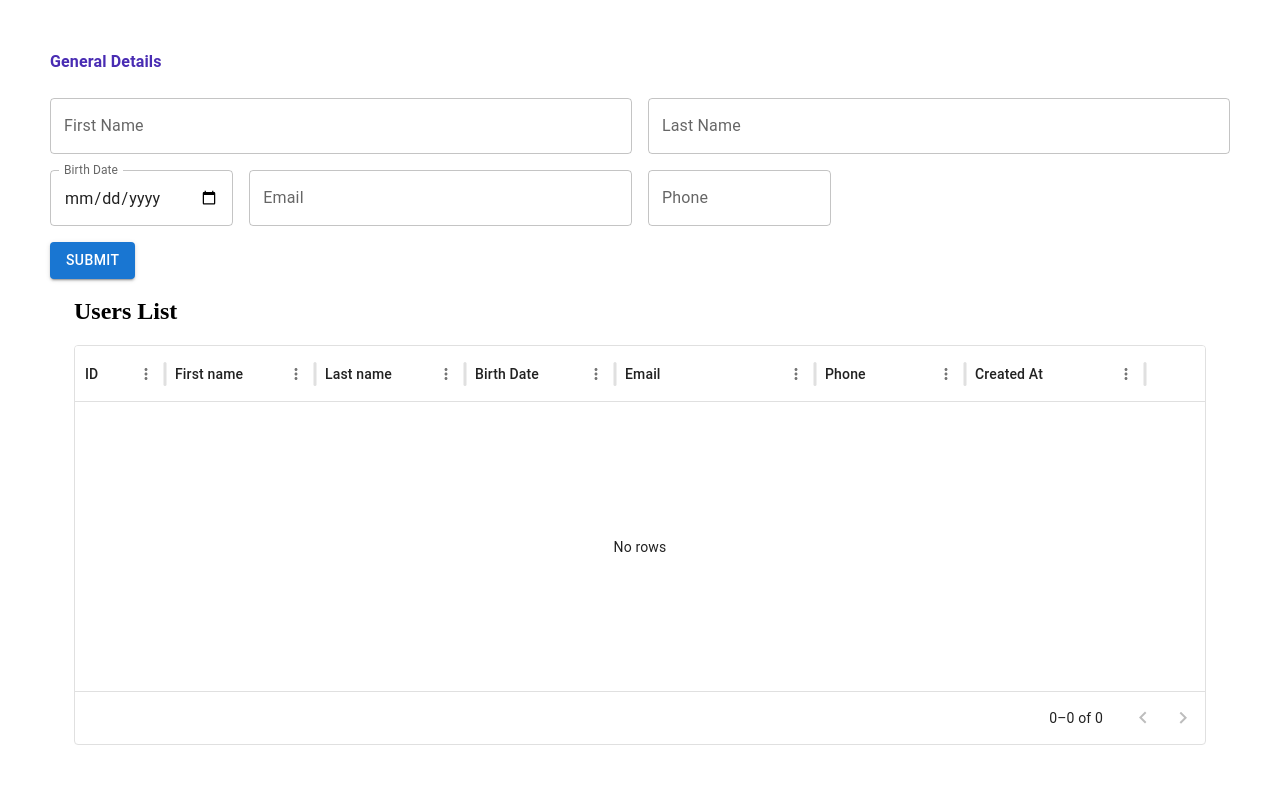
Repository: lenx0/front-client-manager
Page: /
An editor plug-in stored every save of this project. The page is shown before and after the next save, followed by the edit.
The browser window is 1280 px wide. The pictures show the whole page.
The page's requests for data from a server got no answer. The project was rebuilt for these pictures with package versions that can differ from the ones it lists, and the page was loaded fresh each time. No one was signed in, and anything a server would have sent is missing. Also part of the build but not shown: vite.config.js, src/App.css.

Above is the page before, as saved 2024-06-25 12:07:13.

After the next save:
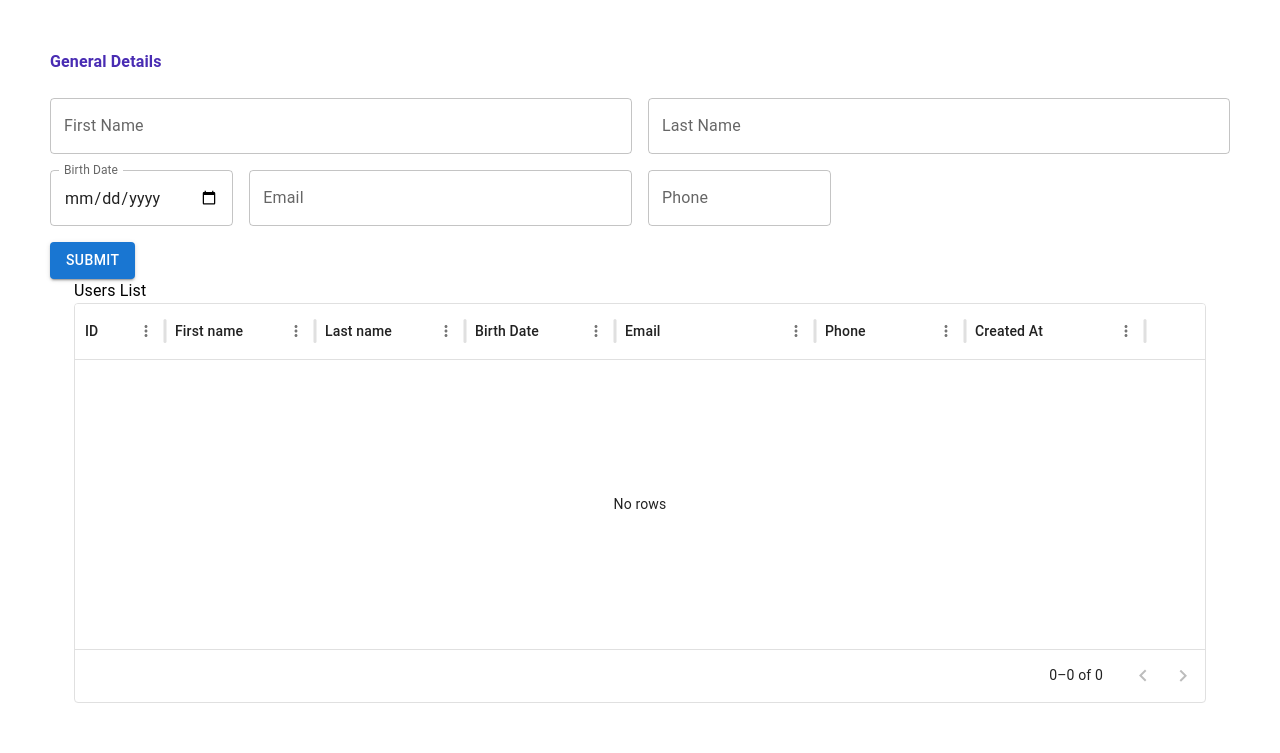
Saved 69 s later.
--- a/src/components/UserList/index.jsx
+++ b/src/components/UserList/index.jsx
@@ -1,7 +1,7 @@
 import React, { useState, useEffect } from 'react';
 import { DataGrid } from '@mui/x-data-grid';
 import axios from 'axios';
-import { Container } from '@mui/material';
+import { Box, Container, Typography } from '@mui/material';
 
 const UserList = () => {
   const [users, setUsers] = useState([]);
@@ -39,8 +39,8 @@ const UserList = () => {
 
   return (
     <Container>
-      <h2>Users List</h2>
-      <div style={{ height: 400, width: '100%' }}>
+      <Typography>Users List</Typography>
+      <Box style={{ height: 400, width: '100%' }}>
         <DataGrid
           rows={rows}
           columns={columns}
@@ -58,7 +58,7 @@ const UserList = () => {
             }
           }}
         />
-      </div>
+      </Box>
     </Container>
   );
 };
